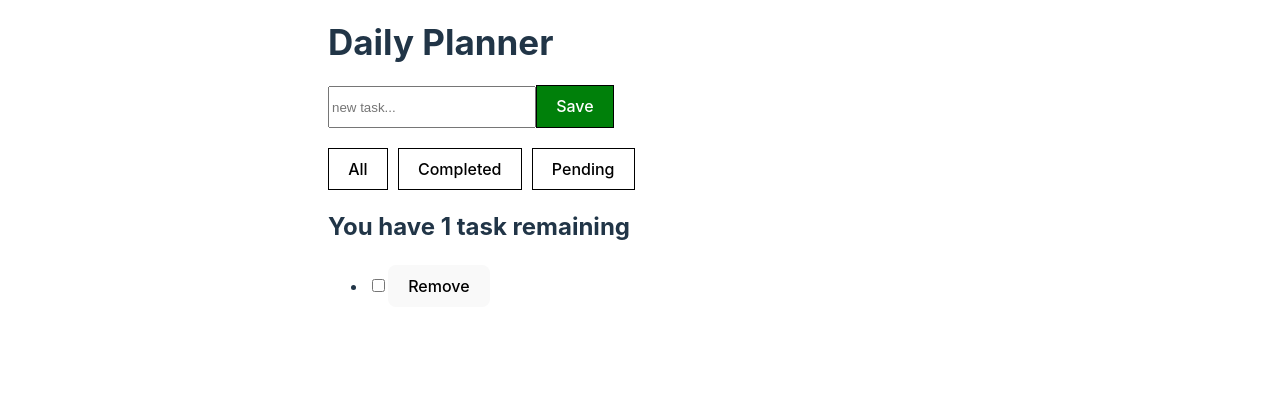
Repository: leslie179/lab4
Page: / (app in lab4/), after clicking the first element matching `button`
An editor plug-in stored every save of this project. The page is shown before and after the next save, followed by the edit.
The browser window is 1280 px wide. The pictures show the whole page.
The project was rebuilt for these pictures with package versions that can differ from the ones it lists, and the page was loaded fresh each time. Also part of the build but not shown: lab4/vite.config.js.

Above is the page before, as saved 2024-10-27 18:45:37.

### lab4/src/App.jsx
import { useState } from 'react'
import './App.css'

import Task from './components/Task'
import TaskForm from './components/TaskForm'

function App() {
  const [tasks, setTasks] = useState([])
  const [filter, setFilter] = useState("All")

  const remainingTasks = tasks.filter(task => !task.completed).length;

  return (
    <div>
      <h1>Daily Planner</h1>
      <TaskForm setTasks={setTasks} />

      <button className="filter-button" onClick={() => setFilter("All")}>All</button>
      <button className="filter-button" onClick={() => setFilter("Completed")}>Completed</button>
      <button className="filter-button" onClick={() => setFilter("Pending")}>Pending</button>

      <h2>You have {remainingTasks} task{remainingTasks !== 1 ? 's' : ''} remaining</h2>

      <ul>
        {tasks && tasks.filter((task) => {
          if (filter === "All") {
            return true;
          } else if (filter === "Completed") {
            return task.completed;
          } else if (filter === "Pending") {
            return !task.completed;
          }
          return true;
        }).map((task, i) => {
          return <Task className="task-font" key={i} task={task} setTasks={setTasks} index={i} />
        })}
      </ul>
    </div>
  )
}

export default App;

### lab4/src/App.css
#root {
  max-width: 1280px;
  text-align: left;
  padding-left: 20rem;
}

h1{
  font-size: 35px;
}

.filter-button{
  border: 1px solid black;
  background-color: white;
  margin-right: 10px;
  margin-top: 20px;
  border-radius: 0px;
}

.save{
  background-color: #00800a;
  border-radius: 0px;
  border: 1px solid black;
  padding-top:2mm;
  height:43px;
  color: white;

}

.task-font{
  font-size: 100px;
}

.h2{
  font-weight: bold;
  font-size: 30px;
}
.input{
width:200px;
height:36px;
}

.read-the-docs {
  color: #888;
}

### lab4/src/components/Task.jsx
function Task({ task, setTasks, index }) {

    const remove = () => {
        setTasks((currentTasks) => {
            const tmpTasks = [...currentTasks] // (deep copy)
            tmpTasks.splice(index, 1) // remove 1 value at this index (key == index)
            return tmpTasks
        })
    }

    const toggleCompleted = (e) => {
        setTasks((currentTasks) => {
            const tmpTasks = [...currentTasks] // (deep copy)
            console.log("tmpTasks", tmpTasks)
            console.log("key", index)
            console.log("e.target.checked", e.target.checked)
            tmpTasks[index].completed = e.target.checked
            return tmpTasks
        })
    }
    return <li><input type="checkbox" onChange={(e) => toggleCompleted(e)} /><span>{task.task}</span><button onClick={() => remove()}>Remove</button></li>
}

export default Task;

### lab4/src/components/TaskForm.jsx
import { useState } from "react"

function TaskForm({ setTasks }) {
    const [currentTask, setCurrentTask] = useState()
    const save = () => {
        setTasks((currentTasks) => { // trick to get current state
            // im just naming it tmp for temporary
            const tmpTasks = [...currentTasks] // deep copy (tmpTasks is just a copy of currentTasks cause you cant just copy an array)
            tmpTasks.push({ task: currentTask, completed: false })
            return tmpTasks
        })
        setCurrentTask("")
    }
    // the onChange is a function that runs everytime the input text changes
    // everytime the input text changes update the state with the value of the text input
    return <div>
        <input className="input" type="text" onChange={(e) => setCurrentTask(e.target.value)} placeholder="new task..."/>
        <button className="save" onClick={() => save()}>Save</button>
    </div>
}

export default TaskForm

Loaded but not shown: lab4/index.html (common file); lab4/src/main.jsx (common file); lab4/src/index.css (common file)

After the next save:
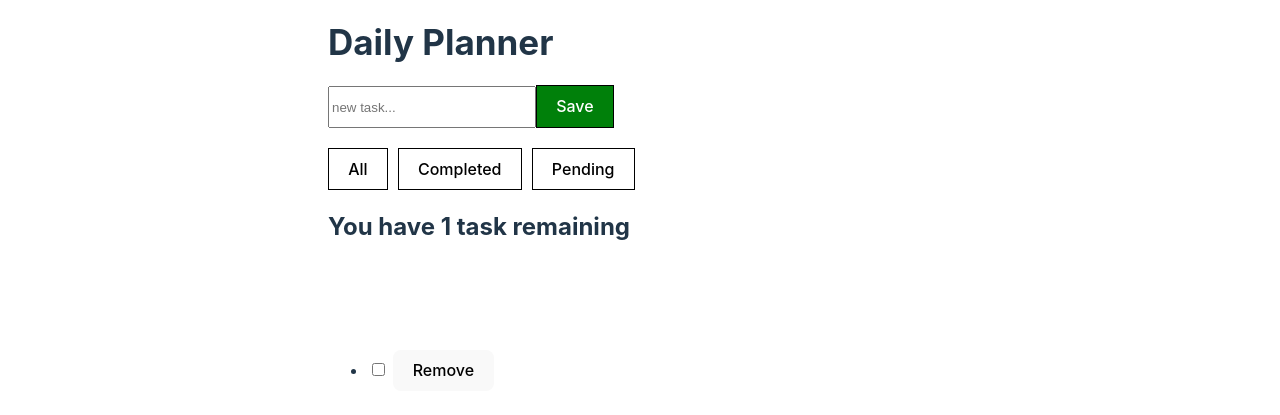
Saved 54 s later.
--- a/lab4/src/components/Task.jsx
+++ b/lab4/src/components/Task.jsx
@@ -1,4 +1,5 @@
-function Task({ task, setTasks, index }) {
+// Task.jsx
+function Task({ task, setTasks, index, className }) {
 
     const remove = () => {
         setTasks((currentTasks) => {
@@ -11,14 +12,18 @@ function Task({ task, setTasks, index }) {
     const toggleCompleted = (e) => {
         setTasks((currentTasks) => {
             const tmpTasks = [...currentTasks] // (deep copy)
-            console.log("tmpTasks", tmpTasks)
-            console.log("key", index)
-            console.log("e.target.checked", e.target.checked)
             tmpTasks[index].completed = e.target.checked
             return tmpTasks
         })
     }
-    return <li><input type="checkbox" onChange={(e) => toggleCompleted(e)} /><span>{task.task}</span><button onClick={() => remove()}>Remove</button></li>
+
+    return (
+      <li>
+        <input type="checkbox" onChange={(e) => toggleCompleted(e)} />
+        <span className={className}>{task.task}</span> {/* Apply the passed className here */}
+        <button onClick={() => remove()}>Remove</button>
+      </li>
+    )
 }
 
 export default Task;
